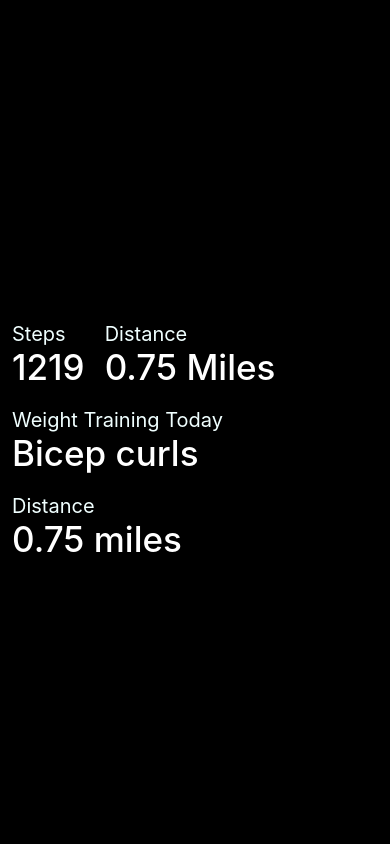
Repository: JamesPesenti/JiMTracker
Screen: /
The author's editor kept a copy of each file at every save. The screen is drawn from the files as they stood at one save, then again after a run of saves.
The app was drawn by React Native's web renderer in a window 390 px wide. The project was rebuilt for these pictures with package versions that can differ from the ones it lists, and the page was loaded fresh each time.

Above is the screen before, as saved 2023-06-16 12:29:18.

### App.tsx
import { StatusBar } from 'expo-status-bar';
import { StyleSheet, Text, View } from 'react-native';

type ValueProps = {
  label: string;
  value: string;
}

const Value = ({ label, value }: ValueProps) => {
  return (
    <>
     <View>
      <Text style={styles.label}>{label}</Text>
      <Text style={styles.amount}>{value}</Text>
     </View>
    </>
  )
}


export default function App() {
  return (
    <View style={styles.container}>
      <Text>JIMtracker</Text>
       <View style={{flexDirection: "row", gap: 20}}>
          <Value label="Steps" value="1219" />
          <Value label="Distance" value="0.75 Miles" />
       </View>
          {/* Training */}
           <View>
              <Text style={styles.label}>Weight Training Today</Text>
              <Text style={styles.amount}>Bicep curls</Text>
           </View>

        <View style={{flexDirection: 'row'}}>
          {/* Distance */}
          <View>
              <Text style={styles.label}>Distance</Text>
              <Text style={styles.amount}>0.75 miles</Text>
          </View>
        </View>
      <StatusBar style="auto" />
    </View>
  );
}

const styles = StyleSheet.create({
  container: {
    flex: 1,
    backgroundColor: 'black',
    justifyContent: 'center',
    padding: 12,
    marginHorizontal: 0,
    rowGap: 20,
    columnGap: 25
  },
  label: {
    color: "azure",
    fontSize: 20,
  },
  amount: {
    color: "white",
    fontSize: 35,
    fontWeight: "500"
  }
});

After the next 2 saves:
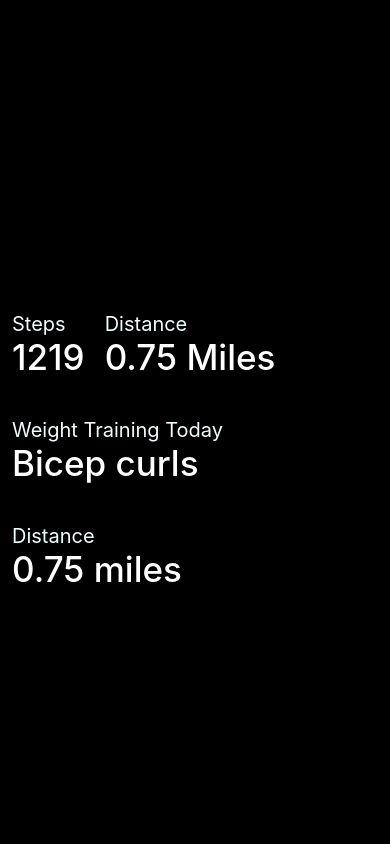
The 2 saves are shown as one change because they came seconds apart.
The last was saved 8 s later.
--- a/App.tsx
+++ b/App.tsx
@@ -51,8 +51,8 @@ const styles = StyleSheet.create({
     justifyContent: 'center',
     padding: 12,
     marginHorizontal: 0,
-    rowGap: 20,
-    columnGap: 25
+    rowGap: 40,
+    columnGap: 0
   },
   label: {
     color: "azure",
